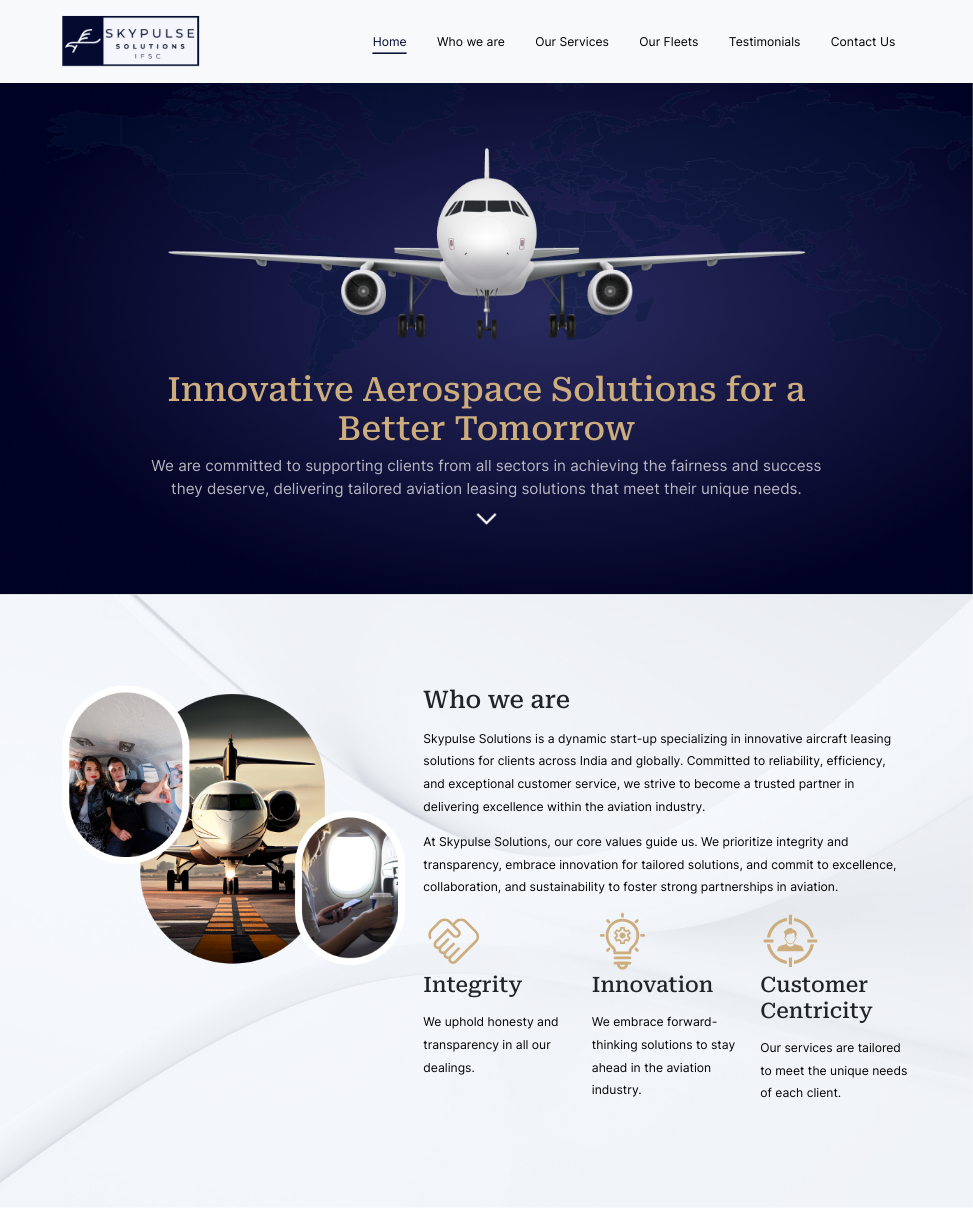
Repository: mangalravi/SkyPulse
Page: index.html
The author's editor kept a copy of each file at every save. The page is drawn from the files as they stood at one save, then again after the next save.
The browser window is 1280 px wide. The pictures show the whole page, at 76% of full size.

Above is the page before, as saved 2024-12-30 10:28:54.

### index.html
<!DOCTYPE html>
<html lang="en">
  <head>
    <meta charset="UTF-8" />
    <meta name="viewport" content="width=device-width, initial-scale=1.0" />
    <title>SkyPluse</title>
    <link rel="icon" href="content/images/favicon.png" type="image/x-icon" />
    <link
      rel="stylesheet"
      type="text/css"
      href="content/bootstrap/css/bootstrap.min.css"
    />
    <link rel="stylesheet" type="text/css" href="content/css/font-family.css" />
    <link rel="stylesheet" type="text/css" href="content/css/Icon.css" />
    <link
      rel="stylesheet"
      type="text/css"
      href="content/lib/slick/css/slick.min.css"
    />
    <link rel="stylesheet" type="text/css" href="content/css/custom.css" />
  </head>
  <body>
    <header class="nvbrhdr position-fixed w-100">

      <nav class="navbar navbar-expand-lg bg-body-tertiary p-0">
        <div class="container-fluid container-lg">
          <a class="navbar-brand m-0 p-0" href="#">
            <img src="content/images/logo.png" alt="logo">
          </a>
          <button class="navbar-toggler" type="button" data-bs-toggle="collapse" data-bs-target="#navbarSupportedContent" aria-controls="navbarSupportedContent" aria-expanded="false" aria-label="Toggle navigation">
            <span class="navbar-toggler-icon"></span>
          </button>
          <div class="collapse navbar-collapse" id="navbarSupportedContent">
            <ul class="navbar-nav ms-auto mb-2 mb-lg-0">
              <li class="nav-item">
                <a class="nav-link active ps-0" aria-current="page" href="#">Home</a>
              </li>
              <li class="nav-item">
                <a class="nav-link" href="#">Who we are</a>
              </li>

              <li class="nav-item">
                <a class="nav-link" href="#">Our Services</a>
              </li>
              <li class="nav-item">
                <a class="nav-link" href="#">Our Fleets</a>
              </li>
              <li class="nav-item">
                <a class="nav-link" href="#">Testimonials</a>
              </li>

              <li class="nav-item">
                <a class="nav-link pe-0" href="#">Contact Us</a>
              </li>
            </ul>

          </div>
        </div>
      </nav>

    </header>
   <section class="top-banner" style="background:url(content/images/banner-bg.png)">
    <div class="container">
      <div class="row justify-content-center">
        <div class="col-md-10">
          <div class="topcntnt text-center">
            <img src="content/images/airplane.png" alt="airplane">
            <h1 class="mb-2 fw-medium">Innovative Aerospace Solutions for a Better Tomorrow</h1>
            <p class="mb-2">We are committed to supporting clients from all sectors in achieving the fairness and success they deserve, delivering tailored aviation leasing solutions that meet their unique needs.</p>
            <span class="material-symbols-outlined">  arrow_forward_ios </span>
          </div>
        </div>
      </div>
    </div>
   </section>
   <section class="who-we-are" style="background:url(content/images/who-we-are-bg.jpg)">
    <div class="container">
      <div class="row justify-content-center gx-4">
        <div class="col-md-5">
<img src="content/images/who-we-are.png" alt="who">
          </div>
        <div class="col-md-7">
<h2 class="sec-head">Who we are</h2>
<p class="sec-para">Skypulse Solutions is a
  dynamic start-up specializing in innovative aircraft leasing solutions
   for clients across India
  and globally.  Committed
   to reliability, efficiency, and exceptional
   customer service, we
   strive to become a
   trusted partner in
   delivering excellence
   within the aviation industry.</p>
   <p class="sec-para">
    At Skypulse Solutions, our core values guide us. We prioritize integrity and transparency, embrace innovation for tailored solutions, and commit to excellence, collaboration, and sustainability to foster strong partnerships in aviation.
   </p>
   <div class="row">
    <div class="col-md-4">
      <img src="content/images/integrity.svg" alt="integrity">
      <h3>Integrity</h3>
      <p>We uphold honesty and transparency in all our dealings.</p>
    </div>
    <div class="col-md-4">
      <img src="content/images/innovation.svg" alt="innovation">
      <h3>Innovation</h3>
      <p>We embrace forward-thinking solutions to stay ahead in the aviation industry.</p>
    </div>
    <div class="col-md-4">
      <img src="content/images/customer-centricity.svg" alt="customer-centricity">
      <h3>Customer Centricity</h3>
      <p>Our services are tailored to meet the unique needs of each client.</p>
    </div>
   </div>
          </div>
          </div>
          </div>
          </div>
    <script src="content/js/jquery.min.js"></script>
  <script src="content/bootstrap/js/bootstrap.bundle.min.js"></script>
    <script src="content/lib/slick/js/slick.min.js"></script>
    <script src="content/js/custom.js"></script>
  </body>
</html>

### content/css/font-family.css
/* Inter Family */

@font-face {
  font-family: "Inter";
  font-style: normal;
  font-weight: 400;
  src: url("../fonts/Inter/Inter-Regular.ttf") format("truetype");
  font-display: swap;
}

@font-face {
  font-family: "Inter";
  font-style: normal;
  font-weight: 500;
  src: url("../fonts/Inter/Inter-Medium.ttf") format("truetype");
  font-display: swap;
}

/* Roboto Serif Family */

@font-face {
  font-family: "RobotoSerif";
  font-style: normal;
  font-weight: 400;
  src: url("../fonts/Roboto-Serif/RobotoSerif-Regular.ttf") format("truetype");
  font-display: swap;
}

@font-face {
  font-family: "RobotoSerif";
  font-style: normal;
  font-weight: 500;
  src: url("../fonts/Roboto-Serif/RobotoSerif-Medium.ttf") format("truetype");
  font-display: swap;
}

### content/css/Icon.css
/* fallback */
@font-face {
    font-family: 'Material Icons';
    font-style: normal;
    font-weight: 300;
    src: url(../fonts/icon.woff2) format('woff2');
  }
  /* fallback */
  @font-face {
    font-family: 'Material Icons Outlined';
    font-style: normal;
    font-weight: 300;
    src: url(../fonts/icon-outline.woff2) format('woff2');
  }
  @font-face {
    font-family: 'Material Symbols Outlined';
    font-style: normal;
    font-weight: 300;
    src: url(../fonts/icon-symbol-outline.woff2) format('woff2');
  }

  .material-icons {
    font-family: 'Material Icons';
    font-weight: normal;
    font-style: normal;
    font-size: 24px;
    line-height: 1;
    letter-spacing: normal;
    text-transform: none;
    display: inline-block;
    white-space: nowrap;
    word-wrap: normal;
    direction: ltr;
    -webkit-font-feature-settings: 'liga';
    -webkit-font-smoothing: antialiased;
  }

  .material-icons-outlined {
    font-family: 'Material Icons Outlined';
    font-weight: normal;
    font-style: normal;
    font-size: 24px;
    line-height: 1;
    letter-spacing: normal;
    text-transform: none;
    display: inline-block;
    white-space: nowrap;
    word-wrap: normal;
    direction: ltr;
    -webkit-font-feature-settings: 'liga';
    -webkit-font-smoothing: antialiased;
  }
 /* Fallback */


.material-symbols-outlined {
  font-family: 'Material Symbols Outlined';
  font-weight: normal;
  font-style: normal;
  font-size: 24px;
  line-height: 1;
  letter-spacing: normal;
  text-transform: none;
  display: inline-block;
  white-space: nowrap;
  word-wrap: normal;
  direction: ltr;
  -webkit-font-feature-settings: 'liga';
  -webkit-font-smoothing: antialiased;
}

### content/lib/slick/css/slick.min.css
/**
 * Minified by jsDelivr using clean-css v4.2.0.
 * Original file: /npm/slick-carousel@1.8.1/slick/slick.css
 *
 * Do NOT use SRI with dynamically generated files! More information: https://www.jsdelivr.com/using-sri-with-dynamic-files
 */
 .slick-slider{position:relative;display:block;box-sizing:border-box;-webkit-user-select:none;-moz-user-select:none;-ms-user-select:none;user-select:none;-webkit-touch-callout:none;-khtml-user-select:none;-ms-touch-action:pan-y;touch-action:pan-y;-webkit-tap-highlight-color:transparent}.slick-list{position:relative;display:block;overflow:hidden;margin:0;padding:0}.slick-list:focus{outline:0}.slick-list.dragging{cursor:pointer;cursor:hand}.slick-slider .slick-list,.slick-slider .slick-track{-webkit-transform:translate3d(0,0,0);-moz-transform:translate3d(0,0,0);-ms-transform:translate3d(0,0,0);-o-transform:translate3d(0,0,0);transform:translate3d(0,0,0)}.slick-track{position:relative;top:0;left:0;display:block;margin-left:auto;margin-right:auto}.slick-track:after,.slick-track:before{display:table;content:''}.slick-track:after{clear:both}.slick-loading .slick-track{visibility:hidden}.slick-slide{display:none;float:left;height:100%;min-height:1px}[dir=rtl] .slick-slide{float:right}.slick-slide img{display:block}.slick-slide.slick-loading img{display:none}.slick-slide.dragging img{pointer-events:none}.slick-initialized .slick-slide{display:block}.slick-loading .slick-slide{visibility:hidden}.slick-vertical .slick-slide{display:block;height:auto;border:1px solid transparent}.slick-arrow.slick-hidden{display:none}
 /*# sourceMappingURL=/sm/fb3ed351cd5c0f1f30f88778ee1f9b056598e6d25ac4fdcab1eebcd8be521cd9.map */

### content/css/custom.css
:root {
  --bs-primary-color: #050A30;
  --bs-secondary-color: #030303;
  --bs-gold-color: #CDAD7D;
  --bs-heading-font-family: 'RobotoSerif', serif;
  --bs-body-font-family: 'Inter', sans-serif;
}

  section {
    padding: 120px 0;
  }
  p {
    color:var(--bs-secondary-color);
    line-height: 1.875rem;
    font-weight: 400;
  }
  a {
    text-decoration: none;
  }
  h1,h2,h3,h4,h5,h6 {
    font-family: var(--bs-heading-font-family);
    font-weight: 500;
    margin-bottom: 1rem;
  }
  .material-symbols-outlined {
    font-weight: bold;
    font-size:1.25rem;
    transition:all 0.7s;
  }
  img {
    max-width: 100%;
  }
  body{
    padding:0 ;
  }
 .navbar{
background: #FFFFFFF2;
 }
 .navbar-expand-lg .navbar-nav .nav-link {
padding: 2.781rem 0;
margin:0 1.25rem;
color:#000000;
line-height: 1.25rem;
position: relative;
 }
 .navbar-expand-lg .navbar-nav .nav-link.active {
  color: var(--bs-primary-color);
 }
 .navbar-expand-lg .navbar-nav .nav-link::before{
  position: absolute;
  content: "";
  background: transparent;
  width: 100%;
  height: 2px;
  left: 0;
  top: 63%;
 }
 .navbar-expand-lg .navbar-nav .nav-link.active::before,
  .navbar-expand-lg .navbar-nav .nav-link:hover::before {
background:var(--bs-primary-color);
 }

/* top-banner */
.top-banner{
  padding-top: 195px;
   padding-bottom: 78px;
background-size:cover;
background-position:center;
 }
.top-banner .topcntnt img{
margin-bottom: 2.5rem;
 }
.top-banner .topcntnt h1{
color:#CDAD7D;
font-size:2.75rem;
line-height: 51.52px;
letter-spacing: 1.5%;
 }
.top-banner .topcntnt p{
font-size:1.25rem;
line-height: 1.875rem;
color:#fff;
opacity: 0.7;
 }
.top-banner .topcntnt span{
  font-size: 2rem;
  transform: rotate(90deg);
  color: #fff;
}
.sec-head{
  font-size: ;
}

### content/js/custom.js
$(window).scroll(function () {
  $(this).scrollTop() >= 250
    ? $(".nvbrhdr").addClass("bg-white")
    : $(".nvbrhdr").removeClass("bg-white");
})

Loaded but not shown: content/bootstrap/css/bootstrap.min.css (library); content/js/jquery.min.js (library); content/bootstrap/js/bootstrap.bundle.min.js (library); content/lib/slick/js/slick.min.js (library)

After the next save:
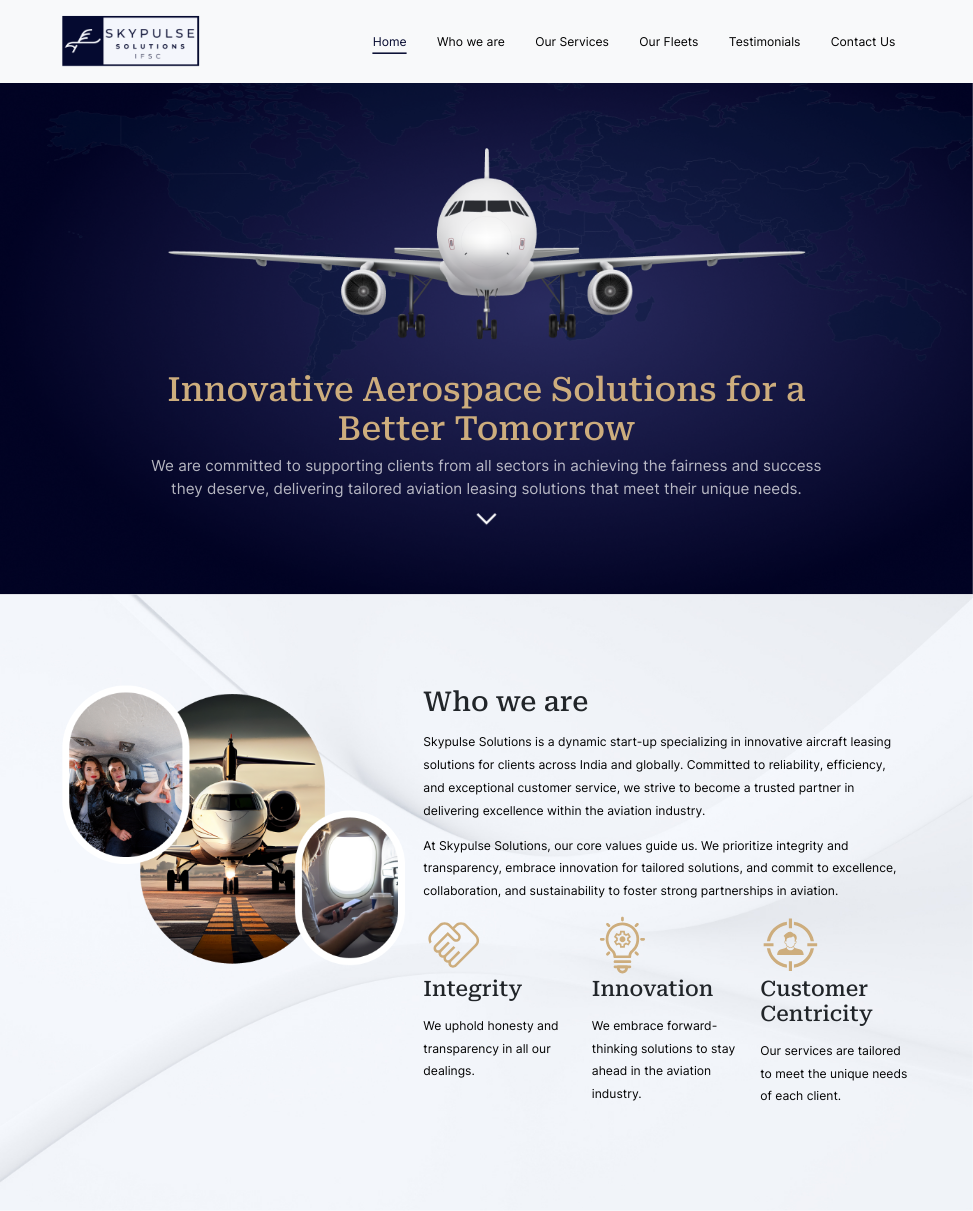
Saved 4 s later.
--- a/content/css/custom.css
+++ b/content/css/custom.css
@@ -88,5 +88,5 @@ opacity: 0.7;
   color: #fff;
 }
 .sec-head{
-  font-size: ;
+  font-size: 2.25rem;
 }
